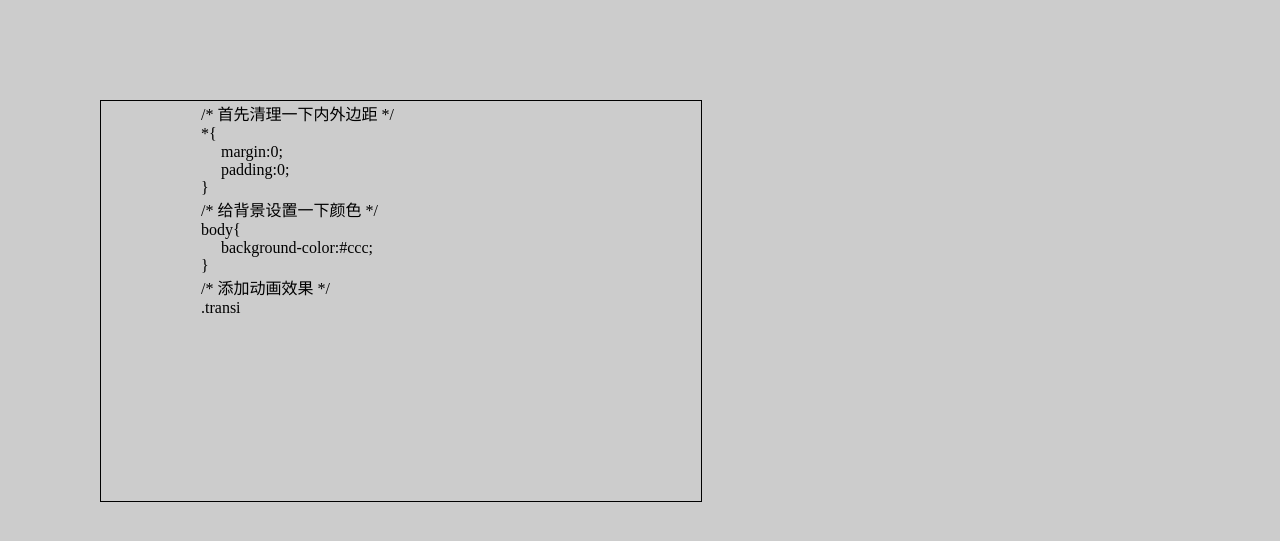
Repository: ScarApocalypse/study
Page: 一些想法/test.html
The author's editor kept a copy of each file at every save. The page is drawn from the files as they stood at one save, then again after a run of saves.
The browser window is 1280 px wide. The pictures show the whole page.

Above is the page before, as saved 2019-08-02 01:32:40.

After the next 3 saves:
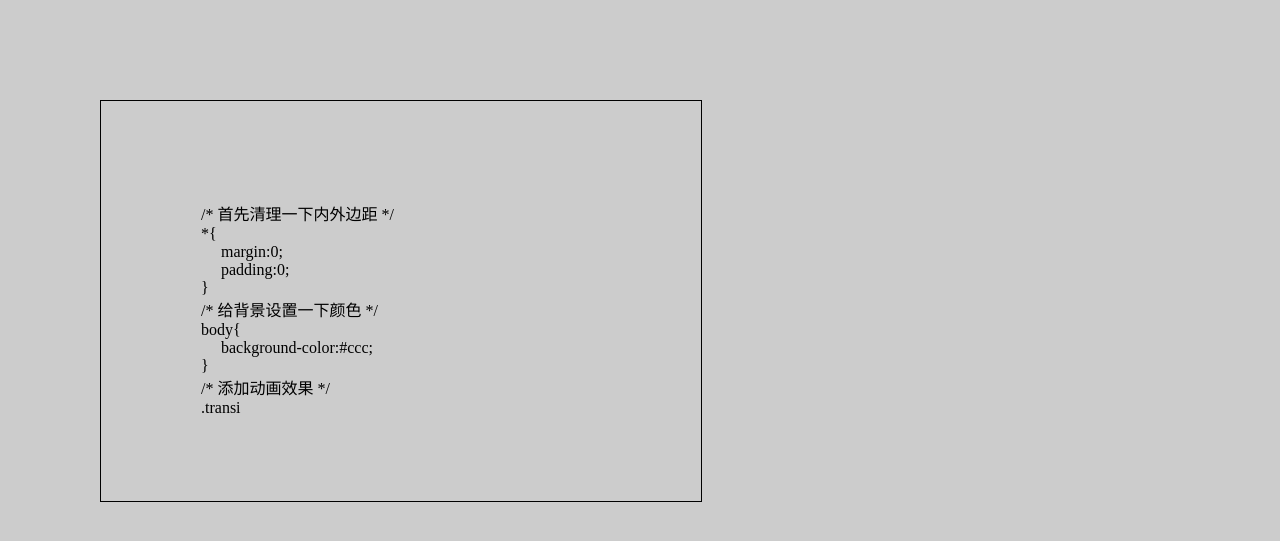
The 3 saves are shown as one change because they came seconds apart.
The last was saved 49 s later.
--- a/一些想法/test.html
+++ b/一些想法/test.html
@@ -21,6 +21,7 @@
             #show{
                 position: relative;
                 left:100px;
+                top:100px;
                 bottom:0;
                 /* min-height:px; */
             }

After the save that followed:
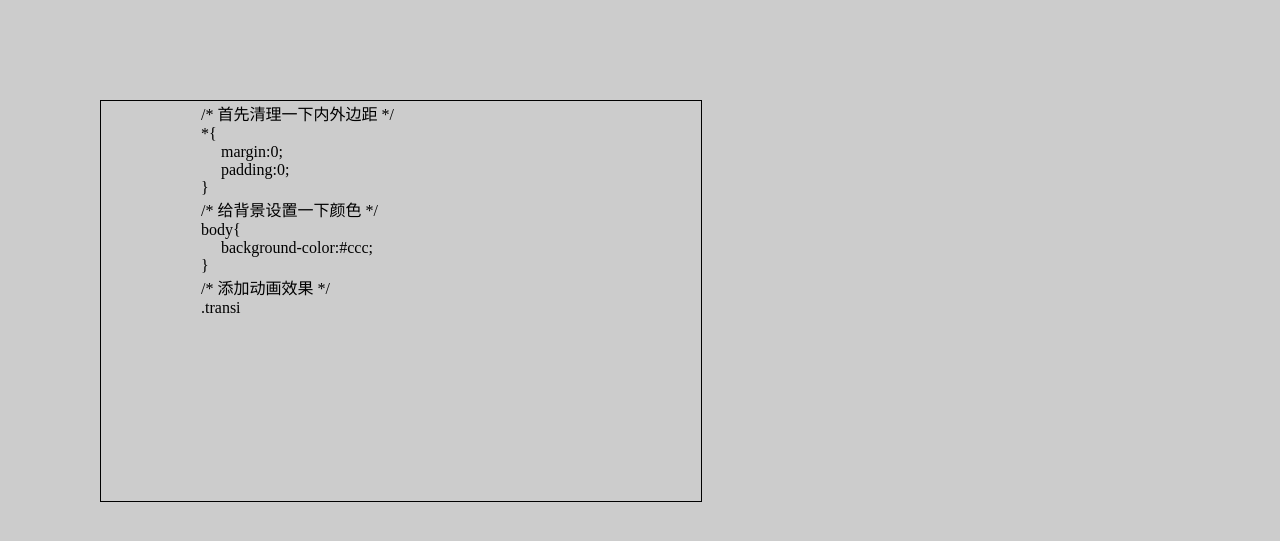
Saved 5 s later.
--- a/一些想法/test.html
+++ b/一些想法/test.html
@@ -21,7 +21,6 @@
             #show{
                 position: relative;
                 left:100px;
-                top:100px;
                 bottom:0;
                 /* min-height:px; */
             }
